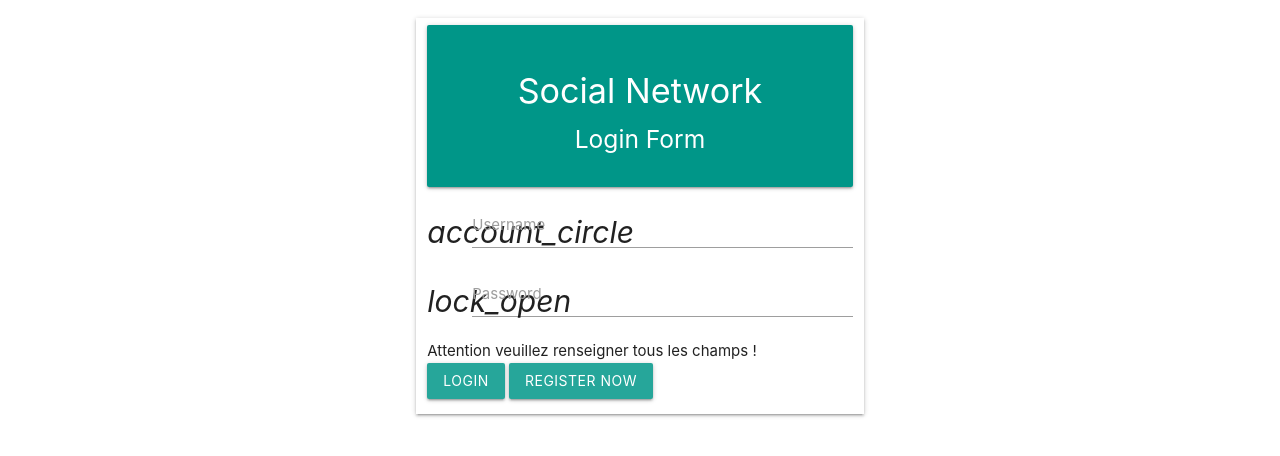
Repository: thdal/Atelier_JEE_16_02
Page: http://localhost/Atelier_JEE_16_02/WEB-INF/pages/connexion/FormConnexion.jsp
The author's editor kept a copy of each file at every save. The page is drawn from the files as they stood at one save, then again after the next save.
The browser window is 1280 px wide. The pictures show the whole page.
The page is served by Tomcat 9. Nobody is signed in. The template is opened directly, without the code that normally fills it, so the values that code supplies are empty.

Above is the page before, as saved 2021-02-23 17:36:47.

After the next save:
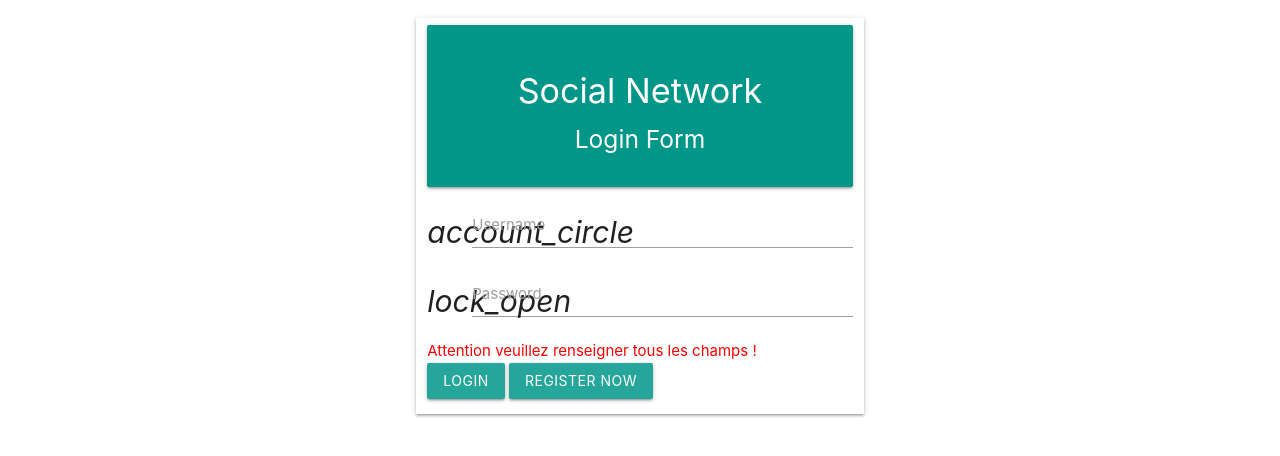
Saved 21 s later.
--- a/Atelier_JEE_16_02/src/main/webapp/WEB-INF/pages/connexion/FormConnexion.jsp
+++ b/Atelier_JEE_16_02/src/main/webapp/WEB-INF/pages/connexion/FormConnexion.jsp
@@ -30,7 +30,7 @@
         </div>
         <c:if test="${ Erreur }">
         	<div>
-	       	 <span>Attention veuillez renseigner tous les champs !</span>
+	       	 <span style="color:red;">Attention veuillez renseigner tous les champs !</span>
 	        </div>
     	</c:if>
 
